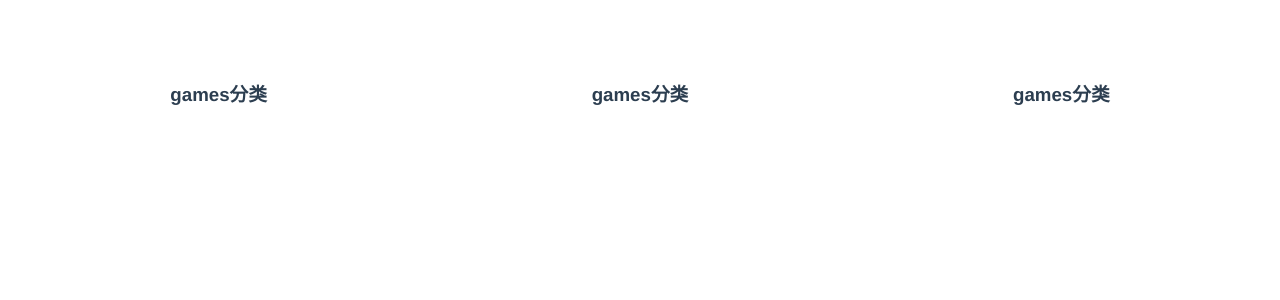
Repository: 319226862/wyy
Page: / (app in test/)
The author's editor kept a copy of each file at every save. The page is drawn from the files as they stood at one save, then again after the next save.
The browser window is 1280 px wide. The pictures show the whole page.
The project was rebuilt for these pictures with package versions that can differ from the ones it lists, and the page was loaded fresh each time. Also part of the build but not shown: test/vue.config.js.

Above is the page before, as saved 2023-06-27 16:00:58.

### test/src/main.js
import Vue from 'vue'
import App from './App.vue'

Vue.config.productionTip = false

new Vue({
  render: h => h(App),
  beforeCreate(){
    Vue.prototype.$bus = this
  }
}).$mount('#app')

### test/src/App.vue
<template>
  <div id="container">
    <!-- <Category title="food" :listData="foods"/> -->
    <!-- <Category title="game" :listData="games"/> -->
    <!-- <Category title="film" :listData="films"/> -->
    <!-- <Category title="food">
      <img slot="bottom" src="https://s3.ax1x.com/2021/01/16/srJlq0.jpg" />
      <a slot="footer" href="#">more</a>
    </Category> -->

    <Category title="games">
      <ul>
        <li v-for="(game,index) in games" :key="index">{{ game }}</li>
      </ul>
    </Category>

    <Category title="games">
      <ul>
        <li v-for="(game,index) in games" :key="index">{{ game }}</li>
      </ul>
    </Category>

    <Category title="games">
      <ul>
        <li v-for="(game,index) in games" :key="index">{{ game }}</li>
      </ul>
    </Category>

    <!-- <Category title="films">
      <video slot="bottom" src="http://clips.vorwaerts-gmbh.de/big_buck_bunny.mp4"></video>
      <a slot="footer" href="#">more</a>
    </Category> -->
  </div>
</template>

<script>
// import axios from 'axios'
import Category from './components/Category.vue'
export default {
  name: 'App',

  components: {Category},
  methods:{

  }
}
</script>

<style>
#container {
  font-family: Avenir, Helvetica, Arial, sans-serif;
  -webkit-font-smoothing: antialiased;
  -moz-osx-font-smoothing: grayscale;
  text-align: center;
  color: #2c3e50;
  margin-top: 60px;
  display: flex;
  justify-content:space-around
}
img{
  width: 100px;
}
video{
  width: 100px;
}
</style>

### test/src/components/Category.vue
<template>
    <div class="category">
        <h3>{{title}}分类</h3>
        <slot>默认值1</slot>
    </div>
</template>

<script>
export default {
    name:'Category',
    props:['title'],
    data(){
    return {
      msg:'welcome',
      foods:['1','2','3','4'],
      games:['11','22','33','44'],
      films:['111','222','333','444'],
      video:'http://clips.vorwaerts-gmbh.de/big_buck_bunny.mp4',
      img:'https://s3.ax1x.com/2021/01/16/srJlq0.jpg'
    }
  },
}
</script>

<style>
.category{
    width: 100px;
    height: 200px;
}
</style>

Loaded but not shown: test/public/index.html (common file)

After the next save:
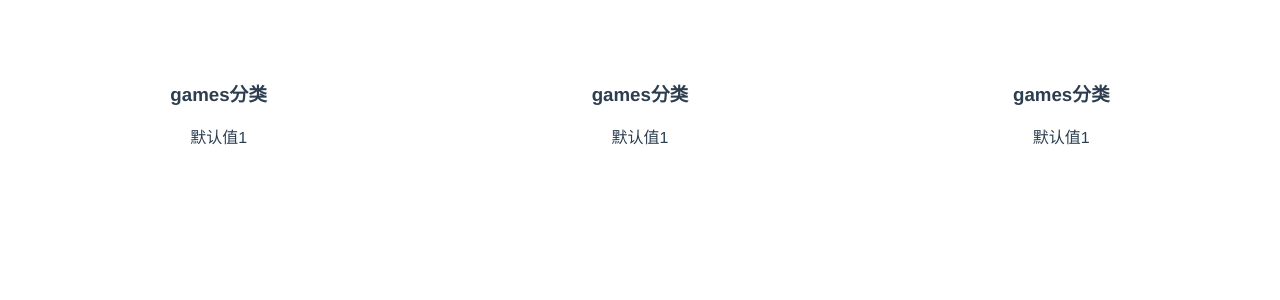
Saved 31 s later.
--- a/test/src/App.vue
+++ b/test/src/App.vue
@@ -9,21 +9,12 @@
     </Category> -->
 
     <Category title="games">
-      <ul>
-        <li v-for="(game,index) in games" :key="index">{{ game }}</li>
-      </ul>
     </Category>
 
     <Category title="games">
-      <ul>
-        <li v-for="(game,index) in games" :key="index">{{ game }}</li>
-      </ul>
     </Category>
 
     <Category title="games">
-      <ul>
-        <li v-for="(game,index) in games" :key="index">{{ game }}</li>
-      </ul>
     </Category>
 
     <!-- <Category title="films">
